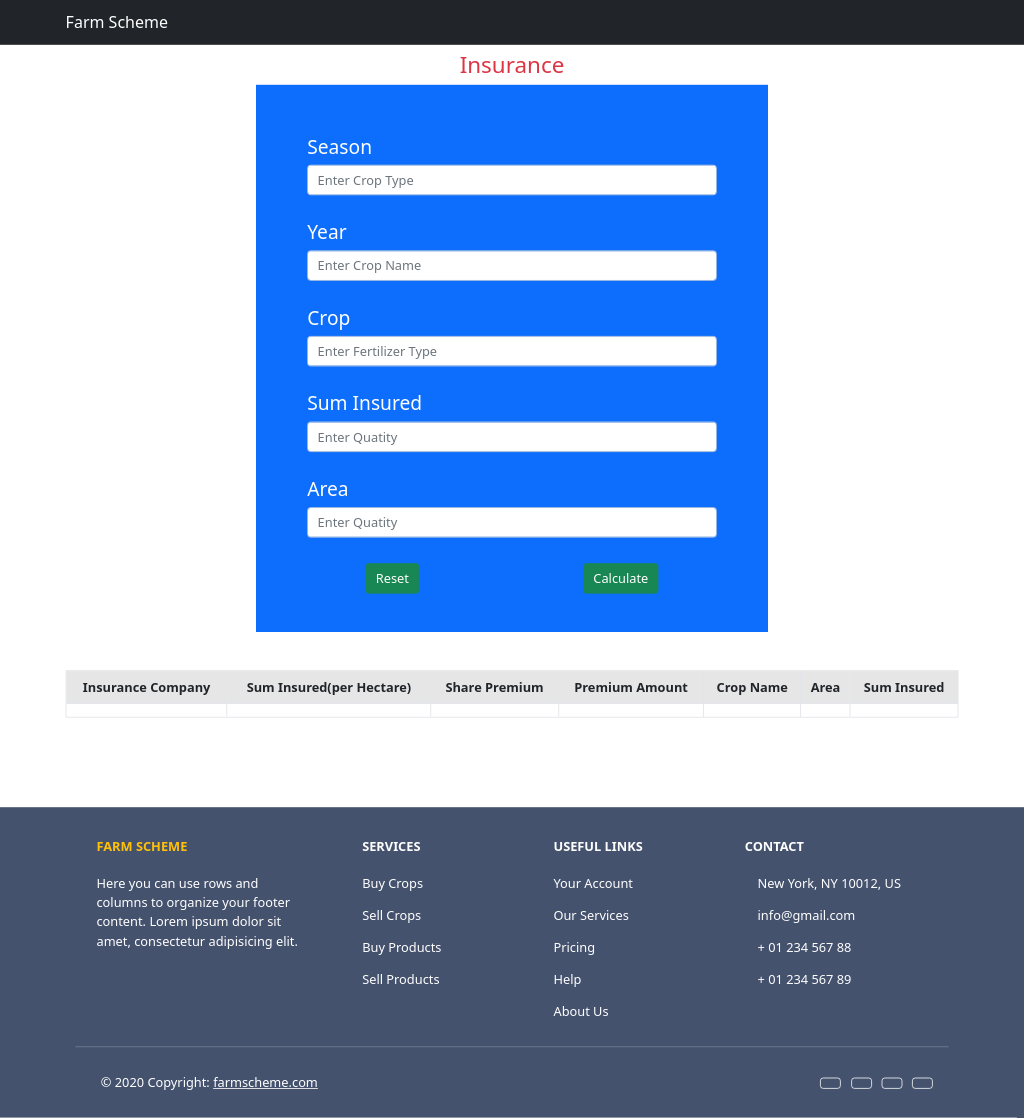
Repository: lavakumar17/Farmscheme
Page: http://localhost/demo/farmer/insurance_reg.jsp
An editor plug-in stored every save of this project. The page is shown before and after the next save, followed by the edit.
The browser window is 1280 px wide. The pictures show the whole page, at 80% of full size.
The page is served by Tomcat 9. Other server files are loaded and not shown. The template is opened directly, without the code that normally fills it, so the values that code supplies are empty.

Above is the page before, as saved 2022-06-21 04:01:35.

### MainProject/demo/src/main/webapp/farmer/insurance_reg.jsp
<%@ page language="java" contentType="text/html; charset=ISO-8859-1"
    pageEncoding="ISO-8859-1" isELIgnored="false"%>
<!DOCTYPE html>
<html>
<head>
<meta charset="ISO-8859-1">
<title>Insert title here</title>
<!-- Bootstrap css and JavaScript links -->
    <%@include file="bootstrap_links.jsp" %>
</head>
<body class="align-items-ceter">
<!-- navbar -->

<nav class="navbar navbar-expand-lg navbar-dark bg-dark">
      <div class="container-fluid container">
        <a class="navbar-brand" href="#">Farm Scheme</a>
        <button
          class="navbar-toggler"
          type="button"
          data-bs-toggle="collapse"
          data-bs-target="#navbarNavDropdown"
          aria-controls="navbarNavDropdown"
          aria-expanded="false"
          aria-label="Toggle navigation"
        >
          <span class="navbar-toggler-icon"></span>
        </button>
        <div class="collapse navbar-collapse" id="navbarNavDropdown">
          <ul class="navbar-nav ms-auto">
            <!-- <li class="nav-item">
              <a class="nav-link active" aria-current="page" href="/">Home</a>
            </li> -->
          </ul>
        </div>
      </div>
    </nav>

<%-- <%@include file="navbar.jsp" %><br><br> --%>
<h3 class="text-center text-danger pt-2">Insurance</h3>
<h4 class="text-success text-center">${success }</h4>
<h4 class="text-danger text-center">${failed }</h4>
<div class="container w-50 cjustify-content-center bg-primary text-white p-5">
<form action="/farmer/insuranceForm" method="post">

<div class="p-3">
<span class="form-label"><h4>Season</h4></span>
<input class="form-control" type="text" name="season" required placeholder="Enter Crop Type">
</div>
<div class="p-3">
<span class="form-label pt-3"><h4>Year</h4></span>
<input class="form-control" type="text" name="year" required placeholder="Enter Crop Name">
</div>

<div class="p-3">
<span class="form-label pt-3"><h4>Crop</h4></span>
<input class="form-control" type="text" name="crop" required placeholder="Enter Fertilizer Type">
</div>

<div class="p-3">
<span class="form-label pt-3"><h4>Sum Insured</h4></span>
<input class="form-control" type="text" name="sumInsured" required placeholder="Enter Quatity">
</div>

<div class="p-3">
<span class="form-label pt-3"><h4>Area</h4></span>
<input class="form-control" type="text" name="area" required placeholder="Enter Quatity">
</div>

<div class="d-flex justify-content-center pt-3">
<div class="w-50">
<button class="btn btn-success" type="submit">Reset</button>
</div>
<div>
<button class="btn btn-success" type="submit">Calculate</button>
</div>
</div>
</form>
</div><br><br>
<section>
<!-- <h3 class="text-center">Booking History</h3> -->
<div class="container">
<table class="table table-bordered table-striped text-center table-responsive-md">
<tr>
<th>Insurance Company</th>
<th>Sum Insured(per Hectare)</th>
<th>Share Premium</th>
<th>Premium Amount</th>
<th>Crop Name</th>
<th>Area</th>
<th>Sum Insured</th>
</tr>
<%-- <td class="border">${user.getUserId()}</td>
<td class="border">${user.getUserName()}</td> --%>
<%-- <c:forEach var="history" items="${bookingHistory}" varStatus="status"> --%>
<tr>
<td>${insurance.company }</td>
<td>${insurance.sumInsuredPH }</td>
<td>${insurance.sharePremium }</td>
<td>${insurance.premiumAmount }</td>
<td>${insurance.crop}</td>
<td>${insurance.area }</td>
<td>${insurance.sumInsured }</td>
</tr>
<!-- </c:forEach> -->
</table>
</div>
</section><br><br>
<div class="d-flex justify-content-center">
<form action="/farmer/insurance_apply" hidden="true" method="post">
      				<input hidden type="submit" value=${insurance.company }/>
      				<input hidden type="submit" value=${insurance.sumInsuredPH }/>
      				<input hidden type="submit" value=${insurance.sharePremium }/>
      				<input hidden type="submit" value=${insurance.premiumAmount }/>
      				<input hidden type="submit" value=${insurance.crop }/>
      				<input hidden type="submit" value=${insurance.area }/>
      				<input hidden type="submit" value=${insurance.sumInsured }/>
<button class="btn btn-success" type="submit">Apply</button>
</form>
</div><br><br>
<!-- </div> -->







<!-- footer -->
<%@include file="footer.jsp" %>
</body>
</html>

### MainProject/demo/src/main/webapp/farmer/bootstrap_links.jsp
<!-- CSS only -->
<link rel="stylesheet" href="https://cdn.jsdelivr.net/npm/bootstrap@4.4.1/dist/css/bootstrap.min.css">
<link href="https://cdn.jsdelivr.net/npm/bootstrap@5.1.3/dist/css/bootstrap.min.css" rel="stylesheet"/>

<!-- JavScript Bundle with Popper -->
<script src="https://code.jquery.com/jquery-3.4.1.slim.min.js"></script>
<script src="https://cdn.jsdelivr.net/npm/popper.js@1.16.0/dist/umd/popper.min.js" ></script>
<script src="https://cdn.jsdelivr.net/npm/bootstrap@4.4.1/dist/js/bootstrap.min.js" ></script>
<script src="https://cdn.jsdelivr.net/npm/bootstrap@5.1.3/dist/js/bootstrap.bundle.min.js"></script>

### MainProject/demo/src/main/webapp/farmer/footer.jsp
<!-- Footer -->
  <footer
          class="text-center text-lg-start text-white"
          style="background-color: #45526e"
          id="footer"
          >
    <!-- Grid container -->
    <div class="container p-4 pb-0">
      <!-- Section: Links -->
      <section class="">
        <!--Grid row-->
        <div class="row">
          <!-- Grid column -->
          <div class="col-md-3 col-lg-3 col-xl-3 mx-auto mt-3">
            <h6 class="text-uppercase mb-4 font-weight-bold">
              <span class="text-warning">FARM SCHEME</span>
            </h6>
            <p>
              Here you can use rows and columns to organize your footer
              content. Lorem ipsum dolor sit amet, consectetur adipisicing
              elit.
            </p>
          </div>
          <!-- Grid column -->

          <hr class="w-100 clearfix d-md-none" />

          <!-- Grid column -->
          <div class="col-md-2 col-lg-2 col-xl-2 mx-auto mt-3">
            <h6 class="text-uppercase mb-4 font-weight-bold">SERVICES</h6>
            <p>
              <a class="text-white">Buy Crops</a>
            </p>
            <p>
              <a class="text-white">Sell Crops</a>
            </p>
            <p>
              <a class="text-white">Buy Products</a>
            </p>
            <p>
              <a class="text-white">Sell Products</a>
            </p>
          </div>
          <!-- Grid column -->

          <hr class="w-100 clearfix d-md-none" />

          <!-- Grid column -->
          <div class="col-md-3 col-lg-2 col-xl-2 mx-auto mt-3">
            <h6 class="text-uppercase mb-4 font-weight-bold">
              Useful links
            </h6>
            <p>
              <a class="text-white">Your Account</a>
            </p>
            <p>
              <a class="text-white">Our Services</a>
            </p>
            <p>
              <a class="text-white">Pricing</a>
            </p>
            <!-- <p>
              <a class="text-white">Become an Affiliate</a>
            </p> -->
            <p>
              <a class="text-white">Help</a>
            </p>
            <p>
              <a class="text-white">About Us</a>
            </p>
          </div>

          <!-- Grid column -->
          <hr class="w-100 clearfix d-md-none" />

          <!-- Grid column -->
          <div class="col-md-4 col-lg-3 col-xl-3 ms-auto mt-3">
            <h6 class="text-uppercase mb-4 font-weight-bold">Contact</h6>
            <p><i class="fas fa-home mr-3"></i> New York, NY 10012, US</p>
            <p><i class="fas fa-envelope mr-3"></i> info@gmail.com</p>
            <p><i class="fas fa-phone mr-3"></i> + 01 234 567 88</p>
            <p><i class="fas fa-print mr-3"></i> + 01 234 567 89</p>
          </div>
          <!-- Grid column -->
        </div>
        <!--Grid row-->
      </section>
      <!-- Section: Links -->

      <hr class="my-3">

      <!-- Section: Copyright -->
      <section class="p-3 pt-0">
        <div class="row d-flex align-items-center">
          <!-- Grid column -->
          <div class="col-md-7 col-lg-8 text-center text-md-start">
            <!-- Copyright -->
            <div class="p-3">
              © 2020 Copyright:
              <a class="text-white" href="https://mdbootstrap.com/"
                 >farmscheme.com</a
                >
            </div>
            <!-- Copyright -->
          </div>
          <!-- Grid column -->

          <!-- Grid column -->
          <div class="col-md-5 col-lg-4 ml-lg-0 text-center text-md-end">
            <!-- Facebook -->
            <a
               class="btn btn-outline-light btn-floating m-1"
               class="text-white"
               role="button"
               ><i class="fab fa-facebook-f"></i
              ></a>

            <!-- Twitter -->
            <a
               class="btn btn-outline-light btn-floating m-1"
               class="text-white"
               role="button"
               ><i class="fab fa-twitter"></i
              ></a>

            <!-- Google -->
            <a
               class="btn btn-outline-light btn-floating m-1"
               class="text-white"
               role="button"
               ><i class="fab fa-google"></i
              ></a>

            <!-- Instagram -->
            <a
               class="btn btn-outline-light btn-floating m-1"
               class="text-white"
               role="button"
               ><i class="fab fa-instagram"></i
              ></a>
          </div>
          <!-- Grid column -->
        </div>
      </section>
      <!-- Section: Copyright -->
    </div>
    <!-- Grid container -->
  </footer>
  <!-- Footer -->

After the next save:
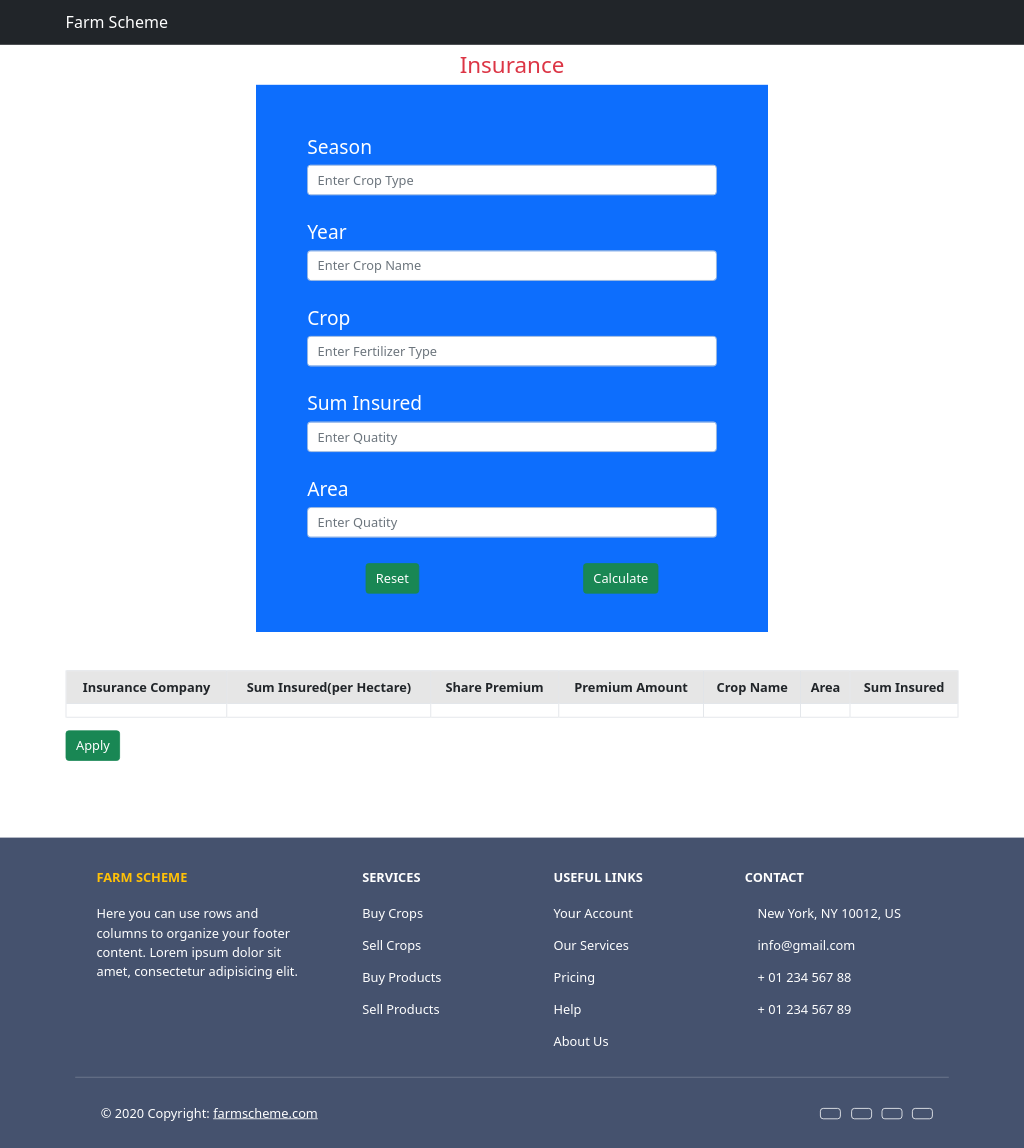
Saved 2 min 38 s later.
--- a/MainProject/demo/src/main/webapp/farmer/insurance_reg.jsp
+++ b/MainProject/demo/src/main/webapp/farmer/insurance_reg.jsp
@@ -103,10 +103,11 @@
 </tr>
 <!-- </c:forEach> -->
 </table>
+<button class="btn btn-success" type="submit" href="javascript:document.insuranceApplyForm.submit()">Apply</button>
 </div>
 </section><br><br>
 <div class="d-flex justify-content-center">
-<form action="/farmer/insurance_apply" hidden="true" method="post">
+<form name="insuranceApplyForm" action="/farmer/insurance_apply" hidden="true" method="post">
       				<input hidden type="submit" value=${insurance.company }/>
       				<input hidden type="submit" value=${insurance.sumInsuredPH }/>
       				<input hidden type="submit" value=${insurance.sharePremium }/>
@@ -114,7 +115,6 @@
       				<input hidden type="submit" value=${insurance.crop }/>
       				<input hidden type="submit" value=${insurance.area }/>
       				<input hidden type="submit" value=${insurance.sumInsured }/>
-<button class="btn btn-success" type="submit">Apply</button>
 </form>
 </div><br><br>
 <!-- </div> -->
